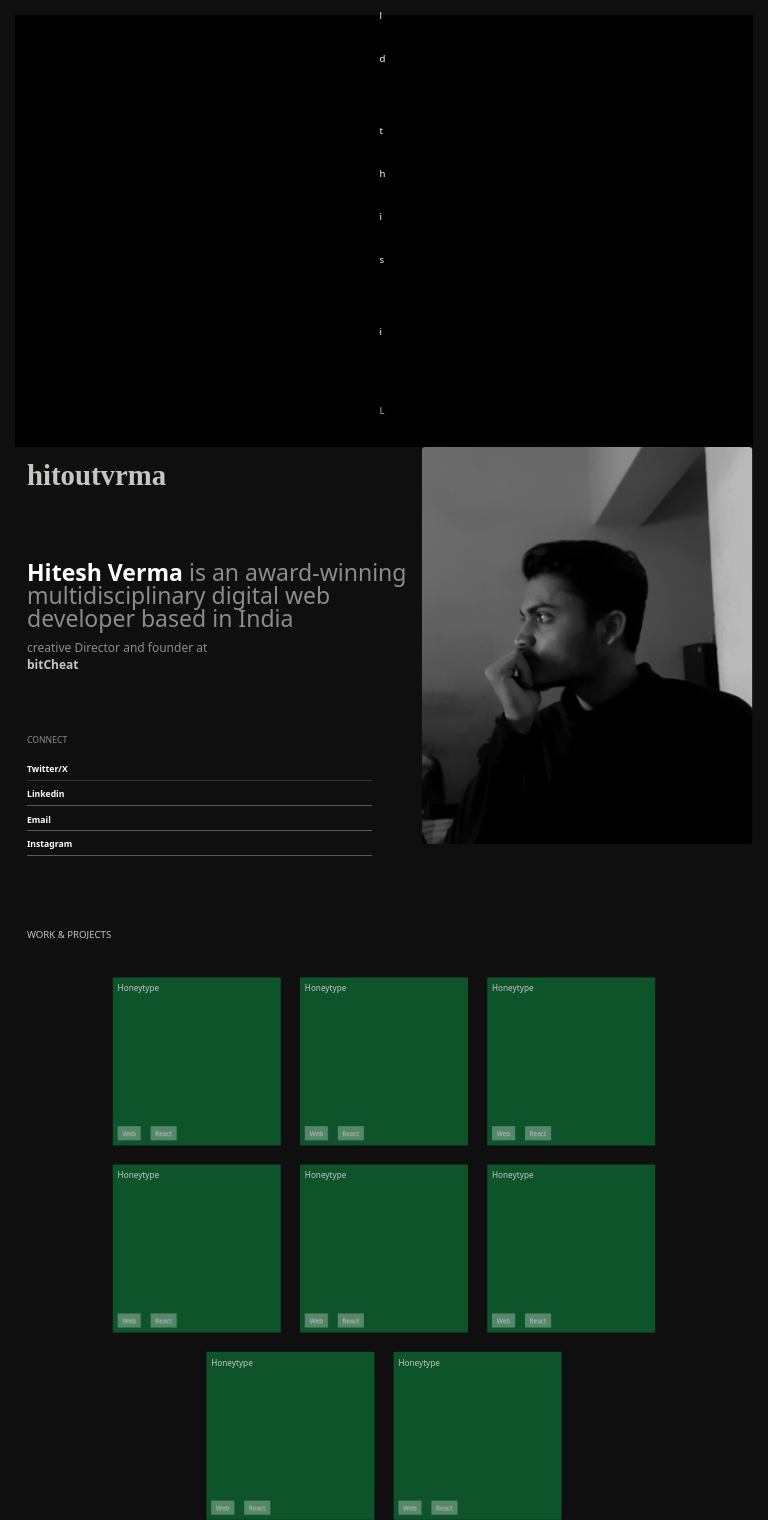
Repository: hitoutvrma/portfolio
Page: /
These files come from the project's save history. The page is drawn as it stood at one moment and after the next save; the edit follows.
The browser window is 1280 px wide. The pictures show the whole page, at 60% of full size.
The project was rebuilt for these pictures with package versions that can differ from the ones it lists, and the page was loaded fresh each time. Also part of the build but not shown: vite.config.js.

Above is the page before, as saved 2025-03-08 11:00:19.

### src/index.css
@import "tailwindcss";
body{
    background-color: #0f0f0f;
    color: #c8c6c4;
    padding: 25px;
}

### src/App.jsx
import React from 'react'
import Front from './Components/Front'
import Work from './Components/Work'
import AnimatedParagraph from './Components/AnimatedParagraph'

function App() {
  return (
    <div className=''>
      <AnimatedParagraph/>
      <Front/>
      <Work/>
    </div>
  )
}

export default App

### src/Components/Front.jsx
import React from 'react'
import {animate, hover, motion} from 'framer-motion'
import AnimatedParagraph from './AnimatedParagraph'
function Front() {
  return (
    <div className='sm:h-screen md:h-screen'>
    <div className="sm:flex">
      <div className='hero sm:p-5 sm:text-[3vw] text-[8vw]  sm:w-[53vw]'>
      <logo className='text-4xl sm:text-5xl font-semibold font-[serif]'>hitoutvrma</logo>
        <p className='mt-28 leading-none text-[#8c8c8c]'><span className='text-white font-semibold'>Hitesh Verma</span> is an award-winning multidisciplinary digital web developer based in India</p>

        <div className='text-xl pt-4'>
          <p className='text-[#8c8c8c]'>creative Director and founder at </p>
          <p className='font-semibold'>bitCheat</p>
          {/* <AnimatedParagraph/> */}
        </div>
        <motion.div initial={{opacity:0.1, scaleY:0.5}} animate={{opacity:1, scaleY:1}} transition={{duration:1}} className=' flex sm:text-[2vh] sm:pb-0 pb-12 text-[1.8vh]  sm:pt-25 pt-28 flex-col sm:gap-3 gap-1'>
          <p className='text-[#8c8c8c] pb-4 text-[1.6vh]  sm:text-[2vh]'>CONNECT</p>
          <motion.div
        className="relative w-[90%]  font-bold text-white text-md cursor-pointer"
        initial="initial"
        whileHover="hover"
      >
        <p className='pb-2'>Twitter/X</p>

        {/* Static Gray Line */}
        <div className="absolute left-0 bottom-0 w-full    h-[0.1vh] bg-[#4c4c4c]"></div>

        {/* Animated Green Line */}
        <motion.div
          className="absolute left-0 bottom-0 h-[2px] bg-green-400"
          variants={{
            initial: { width: "0%" },
            hover: { width: "100%" },
            exit: {width: "0%"}
          }}
          transition={{hover: { duration: 2, ease: "easeInOut" },
          exit: { duration: 0.01 } }}
        />
      </motion.div>

      <motion.div
        className="relative w-[90%]  font-bold text-white text-md cursor-pointer"
        initial="initial"
        whileHover="hover"
      >
        <p className='pb-2'>Linkedin</p>

        {/* Static Gray Line */}
        <div className="absolute left-0 bottom-0 w-full    h-[0.1vh] bg-[#8c8c8c]"></div>

        {/* Animated Green Line */}
        <motion.div
          className="absolute left-0 bottom-0 h-[2px] bg-green-400"
          variants={{
            initial: { width: "0%" },
            hover: { width: "100%" },
            exit: {width: "0%"}
          }}
          transition={{hover: { duration: 2, ease: "easeInOut" },
          exit: { duration: 0.01 } }}
        />
      </motion.div>

      <motion.div
        className="relative w-[90%]  font-bold text-white text-md cursor-pointer"
        initial="initial"
        whileHover="hover"
      >
        <p className='pb-2'>Email</p>

        {/* Static Gray Line */}
        <div className="absolute left-0 bottom-0 w-full    h-[0.1vh] bg-[#8c8c8c]"></div>

        {/* Animated Green Line */}
        <motion.div
          className="absolute left-0 bottom-0 h-[2px] bg-green-400"
          variants={{
            initial: { width: "0%" },
            hover: { width: "100%" },
            exit: {width: "0%"}
          }}
          transition={{hover: { duration: 2, ease: "easeInOut" },
          exit: { duration: 0.01 } }}
        />
      </motion.div>

      <motion.div
        className="relative w-[90%]  font-bold text-white text-md cursor-pointer"
        initial="initial"
        whileHover="hover"
      >
        <p className='pb-2'>Instagram</p>

        {/* Static Gray Line */}
        <div className="absolute left-0 bottom-0 w-full    h-[0.1vh] bg-[#8c8c8c]"></div>

        {/* Animated Green Line */}
        <motion.div
          className="absolute left-0 bottom-0 h-[2px] bg-green-400"
          variants={{
            initial: { width: "0%" },
            hover: { width: "100%" },
            exit: {width: "0%"}
          }}
          transition={{hover: { duration: 2, ease: "easeInOut" },
          exit: { duration: 0.01 } }}
        />
      </motion.div>
        </motion.div>
        </div>
        <motion.div initial={{scale:0.6}} transition={{duration:1.5, delay:1}} animate={{scale:1}} style={{ backgroundImage: "url('/user.jpg')" }} className='bg-cover sm:bg-[center_top_60%] bg-[center_top_80%] w-[95%] h-[50vh] sm:w-[43vw] sm:h-[92vh]  bg-[#3a3a3a] rounded-md'>
        </motion.div>
      </div>
        </div>
  )
}

export default Front

### src/Components/Work.jsx
import React from 'react'
import Card from './Card'

function Work() {
  return (
    <div className='h-screen sm:p-5 '>
      <div className='pt-15  pb-15'><p>WORK & PROJECTS</p></div>
      <div className='flex flex-wrap items-center justify-center gap-8'>
        <Card/>
        <Card/>
        <Card/>
        <Card/>
        <Card/>
        <Card/>
        <Card/>
        <Card/>
      </div>
    </div>
  )
}

export default Work

### src/Components/AnimatedParagraph.jsx
import { motion } from "framer-motion";

export default function AnimatedParagraph() {
  const p = "Hello world this i Lorem ipsum";
  const words = p.split("");
  return (
    <div className="flex justify-center items-center h-screen bg-black text-white">
      <motion.div
        className="space-y-4" // Adds spacing between divs
        initial="hidden"
        animate="visible"
        variants={{
          visible: {
            transition: { staggerChildren: 0.3 } // Delay between each div
          }
        }}
      >
        {words.map((word, index) => (
          <motion.p
            key={index}
            className="p-4 "
            variants={{
              hidden: { opacity: 0, y: 40 }, // Start invisible, slightly lower
              visible: { opacity: 1, y: 0 }  // Fade in & move up
            }}
            transition={{ duration: 0.5, ease: "easeOut" }}
          >
            {word}
          </motion.p>
        ))}

      </motion.div>
    </div>
  );
}

### src/Components/Card.jsx
function Card() {
  return (
    <div className="bg-green-900 relative h-90 sm:h-70 sm:w-70 w-90 card">
            <h1 className='p-2 text-[1.9vh]'>Honeytype</h1>
            <footer className='bottom-0  absolute'>
                <button className='m-2 px-2 py-1 backdrop-blur-xl bg-white/30   text-[1.5vh] '>Web</button>
                <button className='m-2 px-2 py-1 backdrop-blur-xl bg-white/30  text-[1.5vh] '>React</button>
                </footer>
        </div>
  )
}

export default Card

Loaded but not shown: index.html (common file); src/main.jsx (common file)

After the next save:
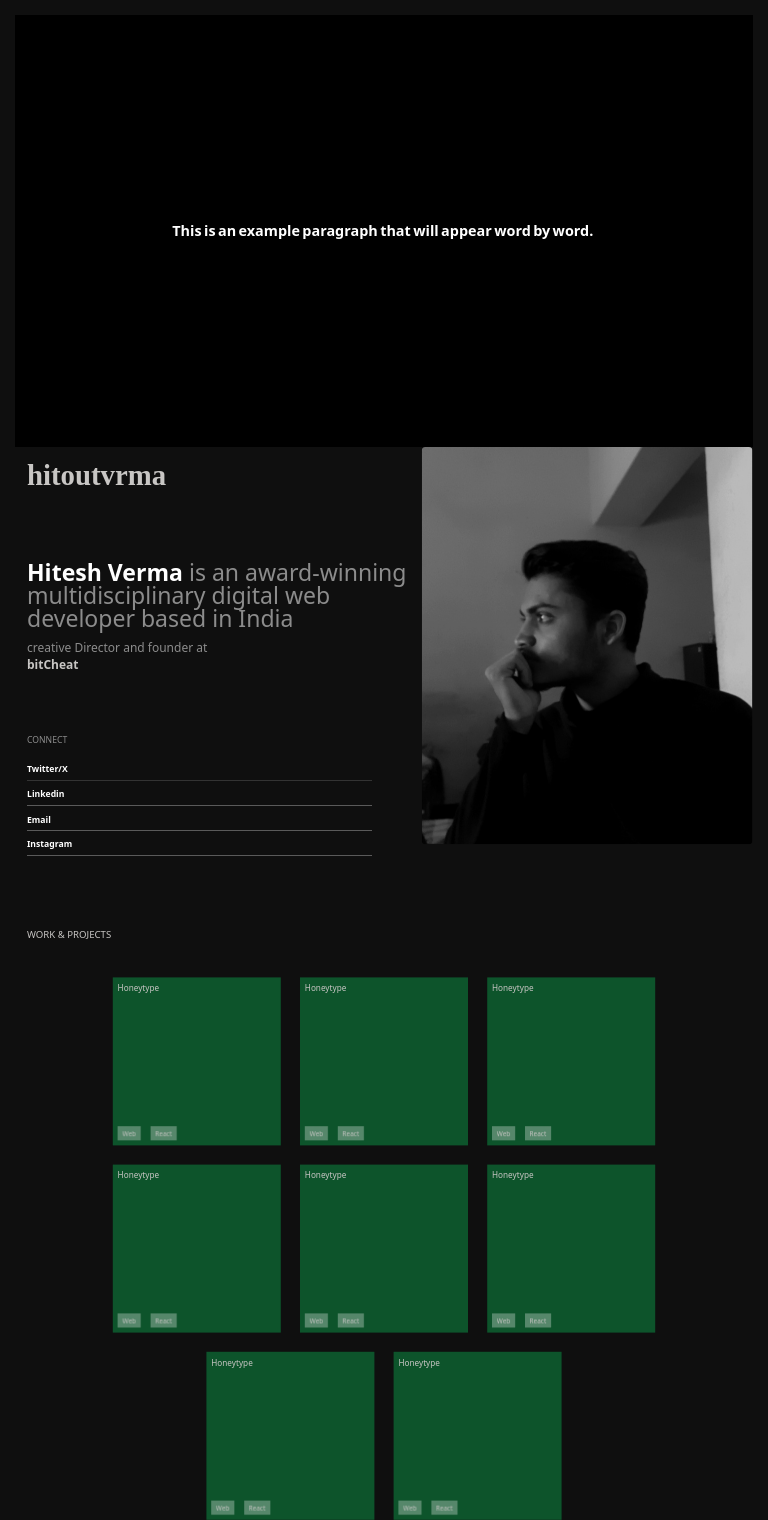
Saved 98 s later.
--- a/src/Components/AnimatedParagraph.jsx
+++ b/src/Components/AnimatedParagraph.jsx
@@ -1,35 +1,35 @@
 import { motion } from "framer-motion";
 
 export default function AnimatedParagraph() {
-  const p = "Hello world this i Lorem ipsum";
-  const words = p.split("");
+  const text = "This is an example paragraph that will appear word by word.";
+  const words = text.split(" ");
+
   return (
     <div className="flex justify-center items-center h-screen bg-black text-white">
-      <motion.div
-        className="space-y-4" // Adds spacing between divs
+      <motion.p
+        className="text-2xl font-semibold"
         initial="hidden"
         animate="visible"
         variants={{
           visible: {
-            transition: { staggerChildren: 0.3 } // Delay between each div
+            transition: { staggerChildren: 0.2 } // Delay between each word
           }
         }}
       >
         {words.map((word, index) => (
-          <motion.p
+          <motion.span
             key={index}
-            className="p-4 "
+            className="mr-1" // Spacing between words
             variants={{
-              hidden: { opacity: 0, y: 40 }, // Start invisible, slightly lower
-              visible: { opacity: 1, y: 0 }  // Fade in & move up
+              hidden: { opacity: 0 },
+              visible: { opacity: 1 }
             }}
-            transition={{ duration: 0.5, ease: "easeOut" }}
+            transition={{ duration: 0.5 }}
           >
             {word}
-          </motion.p>
+          </motion.span>
         ))}
-
-      </motion.div>
+      </motion.p>
     </div>
   );
 }
